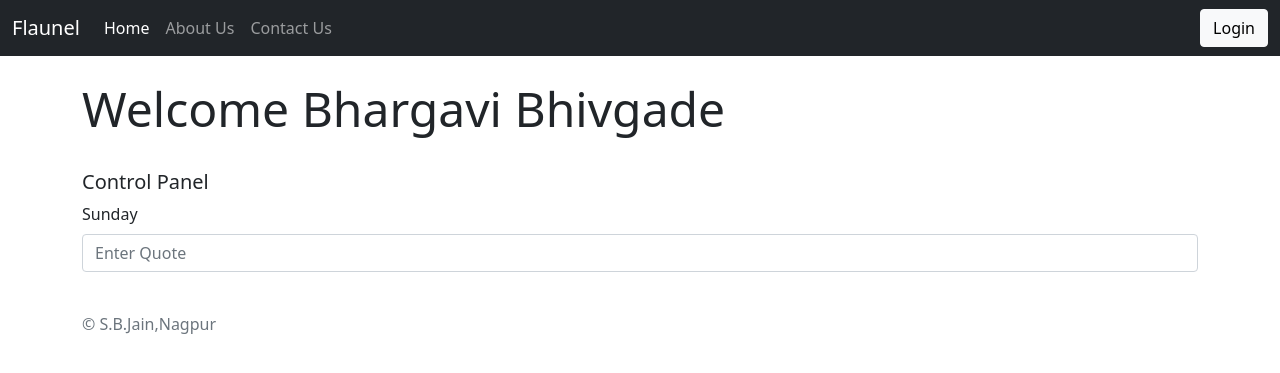
Repository: bhivgadePrajakta/Flaunel--A-LED-Display-Board
Page: http://localhost/home.php
An editor plug-in stored every save of this project. The page is shown before and after a run of saves, followed by the edit.
The browser window is 1280 px wide. The pictures show the whole page.
The page is run by PHP 8.4 with error messages shown; the project is at /var/www/html/.

Above is the page before, as saved 2022-04-30 12:28:24.

### home.php
<!doctype html>
<html lang="en">
  <head>
    <!-- Required meta tags -->
    <meta charset="utf-8">
    <meta name="viewport" content="width=device-width, initial-scale=1">

    <!-- Bootstrap CSS -->
    <link href="https://cdn.jsdelivr.net/npm/bootstrap@5.0.2/dist/css/bootstrap.min.css" rel="stylesheet" integrity="sha384-EVSTQN3/azprG1Anm3QDgpJLIm9Nao0Yz1ztcQTwFspd3yD65VohhpuuCOmLASjC" crossorigin="anonymous">

    <title>FLAUNEL</title>
  </head>
  <body>
    <nav class="navbar navbar-expand-lg navbar-dark bg-dark">
        <div class="container-fluid">
          <a class="navbar-brand" href="#">Flaunel</a>
          <button class="navbar-toggler" type="button" data-bs-toggle="collapse" data-bs-target="#navbarSupportedContent" aria-controls="navbarSupportedContent" aria-expanded="false" aria-label="Toggle navigation">
            <span class="navbar-toggler-icon"></span>
          </button>
          <div class="collapse navbar-collapse" id="navbarSupportedContent">
            <ul class="navbar-nav me-auto mb-2 mb-lg-0">
              <li class="nav-item">
                <a class="nav-link active" aria-current="page" href="#">Home</a>
              </li>
              <li class="nav-item">
                <a class="nav-link" href="#">About Us</a>
              </li>
              <li class="nav-item ">
                <a class="nav-link" href="#" id="navbarDropdown" role="button">
                  Contact Us</a>

              </li>

            </ul>
            <form class="d-flex">

              <button class="btn btn-light" type="submit">Login</button>
            </form>
          </div>
        </div>
      </nav>
<div class="container py-4">
    <h5 class="display-5">Welcome Bhargavi Bhivgade</h5>
    <br>
    <h5>Control Panel</h5>
    <div class="mb-3">
  <label for="sunday" class="form-label">Sunday</label>
  <input type="text" class="form-control" id="sunday" placeholder="Enter Quote">
</div>

</div>

<div class="container">
    <span class="text-muted">&copy; S.B.Jain,Nagpur</span>
  </div>
    <!-- Optional JavaScript; choose one of the two! -->

    <!-- Option 1: Bootstrap Bundle with Popper -->
    <script src="https://cdn.jsdelivr.net/npm/bootstrap@5.0.2/dist/js/bootstrap.bundle.min.js" integrity="sha384-MrcW6ZMFYlzcLA8Nl+NtUVF0sA7MsXsP1UyJoMp4YLEuNSfAP+JcXn/tWtIaxVXM" crossorigin="anonymous"></script>

    <!-- Option 2: Separate Popper and Bootstrap JS -->
    <!--
    <script src="https://cdn.jsdelivr.net/npm/@popperjs/core@2.9.2/dist/umd/popper.min.js" integrity="sha384-IQsoLXl5PILFhosVNubq5LC7Qb9DXgDA9i+tQ8Zj3iwWAwPtgFTxbJ8NT4GN1R8p" crossorigin="anonymous"></script>
    <script src="https://cdn.jsdelivr.net/npm/bootstrap@5.0.2/dist/js/bootstrap.min.js" integrity="sha384-cVKIPhGWiC2Al4u+LWgxfKTRIcfu0JTxR+EQDz/bgldoEyl4H0zUF0QKbrJ0EcQF" crossorigin="anonymous"></script>
    -->
  </body>
</html>

After the next 2 saves:
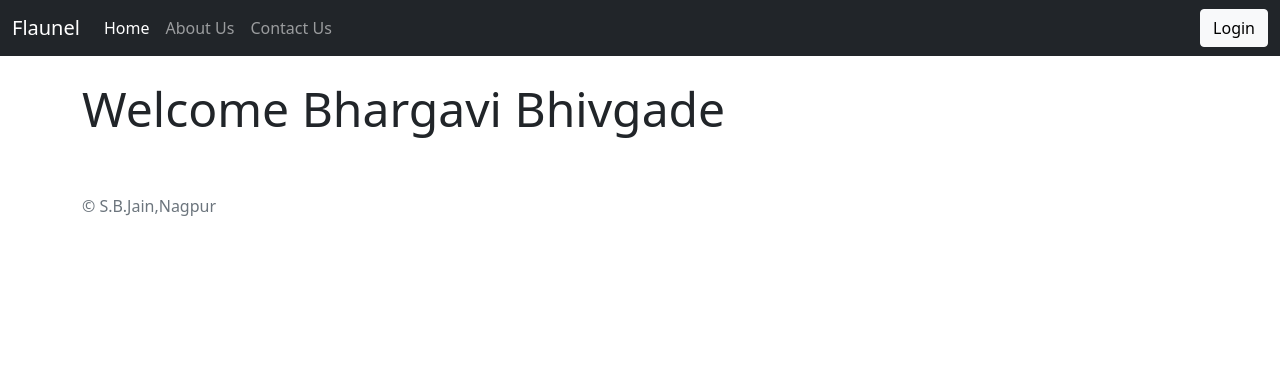
The 2 saves are shown as one change because they came seconds apart.
The last was saved 66 s later.
--- a/home.php
+++ b/home.php
@@ -42,10 +42,7 @@
 <div class="container py-4">
     <h5 class="display-5">Welcome Bhargavi Bhivgade</h5>
     <br>
-    <h5>Control Panel</h5>
-    <div class="mb-3">
-  <label for="sunday" class="form-label">Sunday</label>
-  <input type="text" class="form-control" id="sunday" placeholder="Enter Quote">
+
 </div>
 
 </div>
